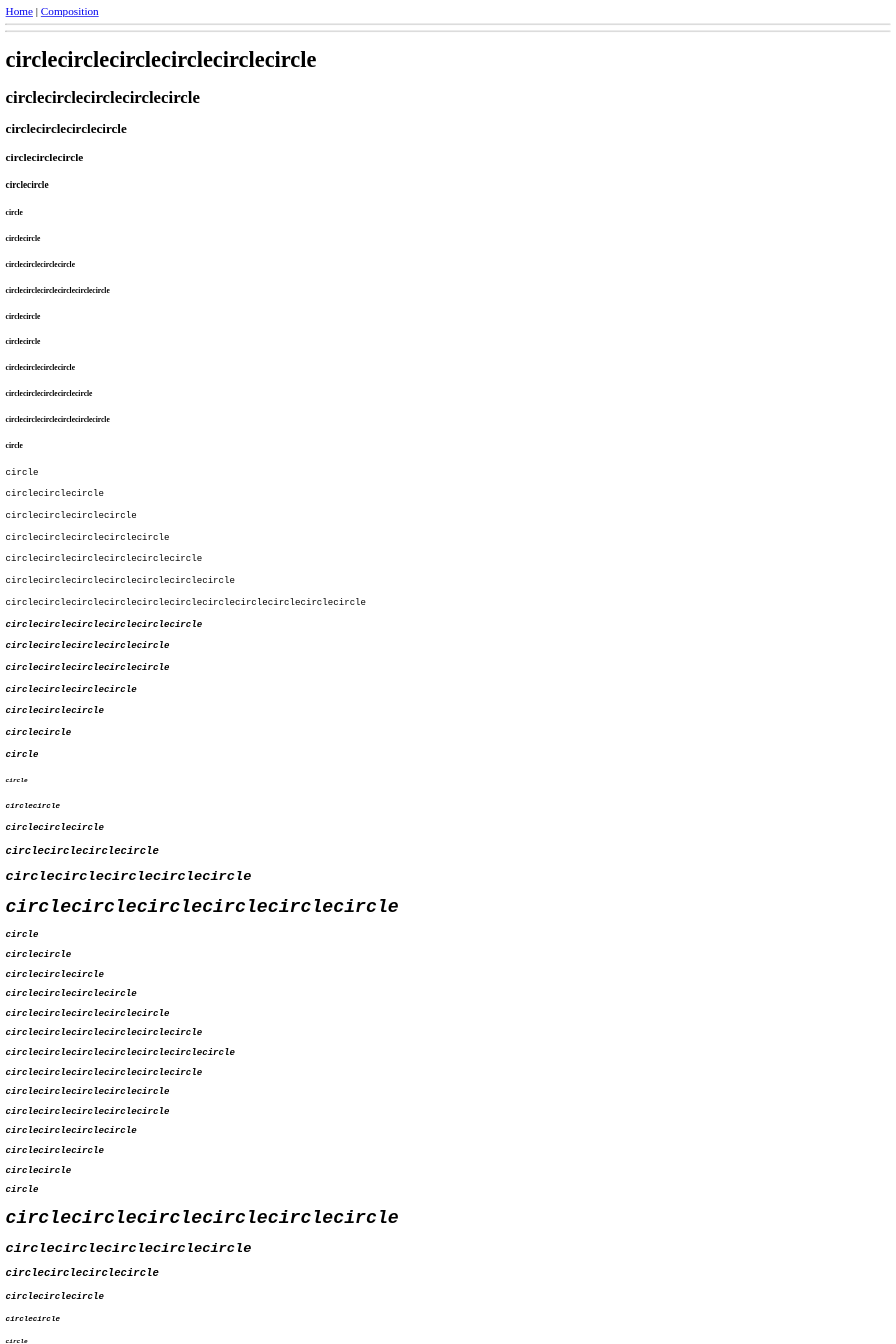
Repository: parkh899/parkh899.github.io
Page: studio/favicon.html
The author's editor kept a record of every edit. The page is drawn from the files as they stood at one moment, then again after the next edit.
The browser window is 1280 px wide. The pictures show the part of the page from y = 0 to 1920 px (the page is 3176 px tall before and 720 px after), at 70% of full size.

Above is the page before.

### studio/favicon.html
<html>

    <a href = "../index.html">Home</a> | <a href = "index.html">Composition</a>
    <br>
    <hr>
    <hr>

<h1>circlecirclecirclecirclecirclecircle</h1>
<h2>circlecirclecirclecirclecircle</h2>
<h3>circlecirclecirclecircle</h3>
<h4>circlecirclecircle</h4>
<h5>circlecircle</h5>
<h6>circle</h6>
<h6>circlecircle</h6>
<h6>circlecirclecirclecircle</h6>
<h6>circlecirclecirclecirclecirclecircle</h6>
<h6>circlecircle</h6>
<h6>circlecircle</h6>
<h6>circlecirclecirclecircle</h6>
<h6>circlecirclecirclecirclecircle</h6>
<h6>circlecirclecirclecirclecirclecircle</h6>
<h6>circle</h6>
<p><code> circle <p><code>
<p><code> circlecirclecircle <p><code>
<p><code> circlecirclecirclecircle<p><code>
<p><code> circlecirclecirclecirclecircle<p><code>
<p><code> circlecirclecirclecirclecirclecircle <p><code>
<p><code> circlecirclecirclecirclecirclecirclecircle <p><code>
<p><code>circlecirclecirclecirclecirclecirclecirclecirclecirclecirclecircle <p><code>
<p><strong><em>circlecirclecirclecirclecirclecircle<p><strong><em>
<p><strong><em> circlecirclecirclecirclecircle<p><strong><em>
<p><strong><em>circlecirclecirclecirclecircle<p><strong><em>
    <p><strong><em>circlecirclecirclecircle<p><strong><em>
        <p><strong><em>circlecirclecircle<p><strong><em>
            <p><strong><em>circlecircle<p><strong><em>
            <p><strong><em>circle<p><strong><em>
                <h6>circle</h6>
                <h5>circlecircle</h5>
                <h4>circlecirclecircle</h4>
                <h3>circlecirclecirclecircle</h3>
                <h2>circlecirclecirclecirclecircle</h2>
                <h1>circlecirclecirclecirclecirclecircle</h1>
                <p><code> circle <p><code>
<p><code> circlecircle <p><code>
<p><code> circlecirclecircle<p><code>
<p><code> circlecirclecirclecircle<p><code>
<p><code> circlecirclecirclecirclecircle <p><code>
<p><code> circlecirclecirclecirclecirclecircle <p><code>
<p><code> circlecirclecirclecirclecirclecirclecircle <p><code>
<p><strong><em>circlecirclecirclecirclecirclecircle<p><strong><em>
<p><strong><em> circlecirclecirclecirclecircle<p><strong><em>
<p><strong><em>circlecirclecirclecirclecircle<p><strong><em>
    <p><strong><em>circlecirclecirclecircle<p><strong><em>
        <p><strong><em>circlecirclecircle<p><strong><em>
            <p><strong><em>circlecircle<p><strong><em>
            <p><strong><em>circle<p><strong><em>
                <h1>circlecirclecirclecirclecirclecircle</h1>
<h2>circlecirclecirclecirclecircle</h2>
<h3>circlecirclecirclecircle</h3>
<h4>circlecirclecircle</h4>
<h5>circlecircle</h5>
<h6>circle</h6>
<p><code> circle <p><code>
<p><code> circlecircle <p><code>
<p><code> circlecirclecircle<p><code>
<p><code> circlecirclecirclecircle<p><code>
<p><code> circlecirclecirclecirclecircle <p><code>
<p><code> circlecirclecirclecirclecirclecircle <p><code>
<p><code> circlecirclecirclecirclecirclecirclecircle <p><code>
<p><strong><em>circlecirclecirclecirclecirclecircle<p><strong><em>
<p><strong><em> circlecirclecirclecirclecircle<p><strong><em>
<p><strong><em>circlecirclecirclecirclecircle<p><strong><em>
    <p><strong><em>circlecirclecirclecircle<p><strong><em>
        <p><strong><em>circlecirclecircle<p><strong><em>
            <p><strong><em>circlecircle<p><strong><em>
            <p><strong><em>circle<p><strong><em>
                <p><strong><em>circlecirclecirclecirclecirclecirclecircirclecircle<p><strong><em>
    <p><strong><em>circlecirclecirclecirclecirclecirclecircirclecirclecircle<p><strong><em>
            <p><strong><em>circlecirclecirclecirclecirclecirclecircirclecirclecircle<p><strong><em>
                    <p><strong><em>circlecirclecirclecirclecirclecirclecircirclecirclecirclecirclecircle<p><strong><em>
                            <p><strong><em>circlecirclecirclecirclecirclecirclecircirclecirclecirclecirclecirclecircle<p><strong><em>
                                    <p><strong><em>circlecirclecirclecirclecirclecirclecircirclecirclecirclecircle<p><strong><em>
                                            <p><strong><em>circlecirclecirclecirclecirclecirclecircirclecirclecirclecirclecircle<p><strong><em>
                                                <p><code> circle <p><code>
<p><code> circlecirclecircle <p><code>
<p><code> circlecirclecirclecircle<p><code>
<p><code> circlecirclecirclecirclecircle<p><code>
<p><code> circlecirclecirclecirclecirclecircle <p><code>
<p><code> circlecirclecirclecirclecirclecirclecircle <p><code>
<p><code>circlecirclecirclecirclecirclecirclecirclecirclecirclecirclecircle <p><code>
<p><strong><em>circlecirclecirclecirclecirclecircle<p><strong><em>
<p><strong><em> circlecirclecirclecirclecircle<p><strong><em>
<p><strong><em>circlecirclecirclecirclecircle<p><strong><em>
    <p><strong><em>circlecirclecirclecircle<p><strong><em>
        <p><strong><em>circlecirclecircle<p><strong><em>
            <p><strong><em>circlecircle<p><strong><em>
            <p><strong><em>circle<p><strong><em>
                <h6>circle</h6>
                <h5>circlecircle</h5>
                <h4>circlecirclecircle</h4>
                <h3>circlecirclecirclecircle</h3>
                <h2>circlecirclecirclecirclecircle</h2>
                <h1>circlecirclecirclecirclecirclecircle</h1>
                <p><code> circle <p><code>










</html>

After the next edit:
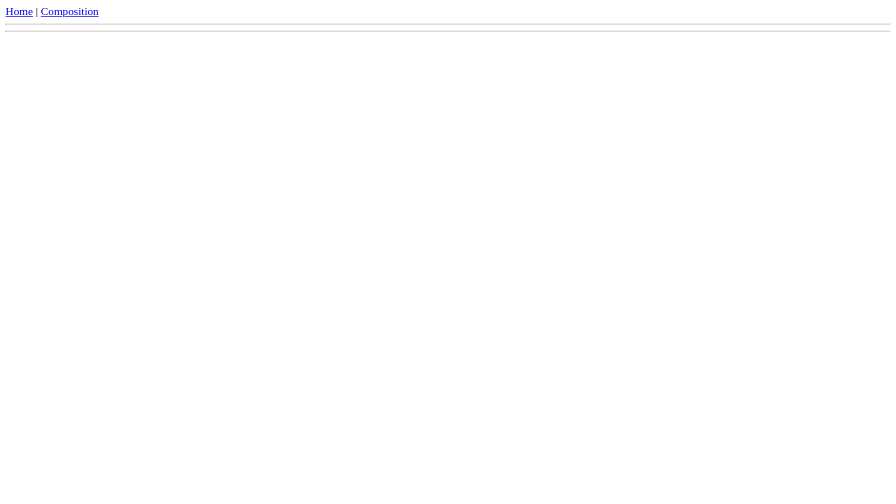
The edit:
--- a/studio/favicon.html
+++ b/studio/favicon.html
@@ -5,111 +5,5 @@
     <hr>
     <hr>
 
-<h1>circlecirclecirclecirclecirclecircle</h1>
-<h2>circlecirclecirclecirclecircle</h2>
-<h3>circlecirclecirclecircle</h3>
-<h4>circlecirclecircle</h4>
-<h5>circlecircle</h5>
-<h6>circle</h6>
-<h6>circlecircle</h6>
-<h6>circlecirclecirclecircle</h6>
-<h6>circlecirclecirclecirclecirclecircle</h6>
-<h6>circlecircle</h6>
-<h6>circlecircle</h6>
-<h6>circlecirclecirclecircle</h6>
-<h6>circlecirclecirclecirclecircle</h6>
-<h6>circlecirclecirclecirclecirclecircle</h6>
-<h6>circle</h6>
-<p><code> circle <p><code>
-<p><code> circlecirclecircle <p><code>
-<p><code> circlecirclecirclecircle<p><code>
-<p><code> circlecirclecirclecirclecircle<p><code>
-<p><code> circlecirclecirclecirclecirclecircle <p><code>
-<p><code> circlecirclecirclecirclecirclecirclecircle <p><code>
-<p><code>circlecirclecirclecirclecirclecirclecirclecirclecirclecirclecircle <p><code>
-<p><strong><em>circlecirclecirclecirclecirclecircle<p><strong><em>
-<p><strong><em> circlecirclecirclecirclecircle<p><strong><em>
-<p><strong><em>circlecirclecirclecirclecircle<p><strong><em>
-    <p><strong><em>circlecirclecirclecircle<p><strong><em>
-        <p><strong><em>circlecirclecircle<p><strong><em>
-            <p><strong><em>circlecircle<p><strong><em>
-            <p><strong><em>circle<p><strong><em>
-                <h6>circle</h6>
-                <h5>circlecircle</h5>
-                <h4>circlecirclecircle</h4>
-                <h3>circlecirclecirclecircle</h3>
-                <h2>circlecirclecirclecirclecircle</h2>
-                <h1>circlecirclecirclecirclecirclecircle</h1>
-                <p><code> circle <p><code>
-<p><code> circlecircle <p><code>
-<p><code> circlecirclecircle<p><code>
-<p><code> circlecirclecirclecircle<p><code>
-<p><code> circlecirclecirclecirclecircle <p><code>
-<p><code> circlecirclecirclecirclecirclecircle <p><code>
-<p><code> circlecirclecirclecirclecirclecirclecircle <p><code>
-<p><strong><em>circlecirclecirclecirclecirclecircle<p><strong><em>
-<p><strong><em> circlecirclecirclecirclecircle<p><strong><em>
-<p><strong><em>circlecirclecirclecirclecircle<p><strong><em>
-    <p><strong><em>circlecirclecirclecircle<p><strong><em>
-        <p><strong><em>circlecirclecircle<p><strong><em>
-            <p><strong><em>circlecircle<p><strong><em>
-            <p><strong><em>circle<p><strong><em>
-                <h1>circlecirclecirclecirclecirclecircle</h1>
-<h2>circlecirclecirclecirclecircle</h2>
-<h3>circlecirclecirclecircle</h3>
-<h4>circlecirclecircle</h4>
-<h5>circlecircle</h5>
-<h6>circle</h6>
-<p><code> circle <p><code>
-<p><code> circlecircle <p><code>
-<p><code> circlecirclecircle<p><code>
-<p><code> circlecirclecirclecircle<p><code>
-<p><code> circlecirclecirclecirclecircle <p><code>
-<p><code> circlecirclecirclecirclecirclecircle <p><code>
-<p><code> circlecirclecirclecirclecirclecirclecircle <p><code>
-<p><strong><em>circlecirclecirclecirclecirclecircle<p><strong><em>
-<p><strong><em> circlecirclecirclecirclecircle<p><strong><em>
-<p><strong><em>circlecirclecirclecirclecircle<p><strong><em>
-    <p><strong><em>circlecirclecirclecircle<p><strong><em>
-        <p><strong><em>circlecirclecircle<p><strong><em>
-            <p><strong><em>circlecircle<p><strong><em>
-            <p><strong><em>circle<p><strong><em>
-                <p><strong><em>circlecirclecirclecirclecirclecirclecircirclecircle<p><strong><em>
-    <p><strong><em>circlecirclecirclecirclecirclecirclecircirclecirclecircle<p><strong><em>
-            <p><strong><em>circlecirclecirclecirclecirclecirclecircirclecirclecircle<p><strong><em>
-                    <p><strong><em>circlecirclecirclecirclecirclecirclecircirclecirclecirclecirclecircle<p><strong><em>
-                            <p><strong><em>circlecirclecirclecirclecirclecirclecircirclecirclecirclecirclecirclecircle<p><strong><em>
-                                    <p><strong><em>circlecirclecirclecirclecirclecirclecircirclecirclecirclecircle<p><strong><em>
-                                            <p><strong><em>circlecirclecirclecirclecirclecirclecircirclecirclecirclecirclecircle<p><strong><em>
-                                                <p><code> circle <p><code>
-<p><code> circlecirclecircle <p><code>
-<p><code> circlecirclecirclecircle<p><code>
-<p><code> circlecirclecirclecirclecircle<p><code>
-<p><code> circlecirclecirclecirclecirclecircle <p><code>
-<p><code> circlecirclecirclecirclecirclecirclecircle <p><code>
-<p><code>circlecirclecirclecirclecirclecirclecirclecirclecirclecirclecircle <p><code>
-<p><strong><em>circlecirclecirclecirclecirclecircle<p><strong><em>
-<p><strong><em> circlecirclecirclecirclecircle<p><strong><em>
-<p><strong><em>circlecirclecirclecirclecircle<p><strong><em>
-    <p><strong><em>circlecirclecirclecircle<p><strong><em>
-        <p><strong><em>circlecirclecircle<p><strong><em>
-            <p><strong><em>circlecircle<p><strong><em>
-            <p><strong><em>circle<p><strong><em>
-                <h6>circle</h6>
-                <h5>circlecircle</h5>
-                <h4>circlecirclecircle</h4>
-                <h3>circlecirclecirclecircle</h3>
-                <h2>circlecirclecirclecirclecircle</h2>
-                <h1>circlecirclecirclecirclecirclecircle</h1>
-                <p><code> circle <p><code>
-
-
-
-
-
-
-
-
-
 
 </html>
